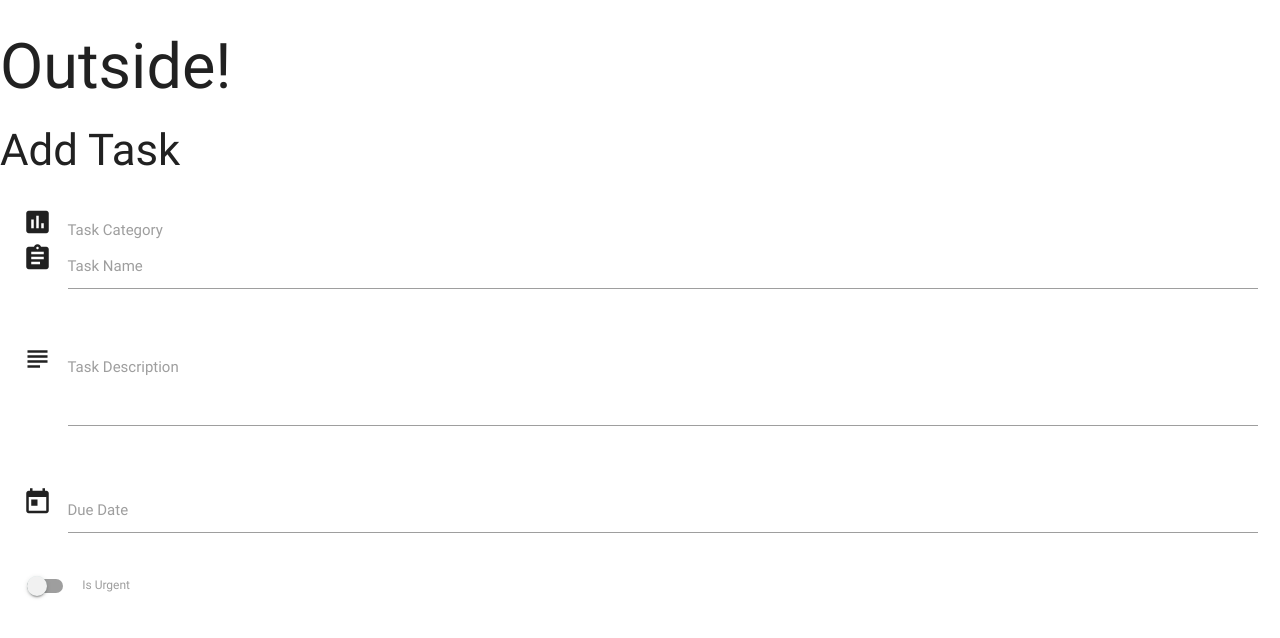
Repository: cesole/task_manager
Page: http://localhost/add_task
The author's editor kept a record of every edit. The page is drawn from the files as they stood at one moment, then again after the next edit.
The browser window is 1280 px wide. The pictures show the whole page.
Some web libraries are served in a nearby version. The page is served by the project's application, run on Flask 3 (app.py). Queries for data that is not in the repository find no rows.

Above is the page before.

After the next edit:
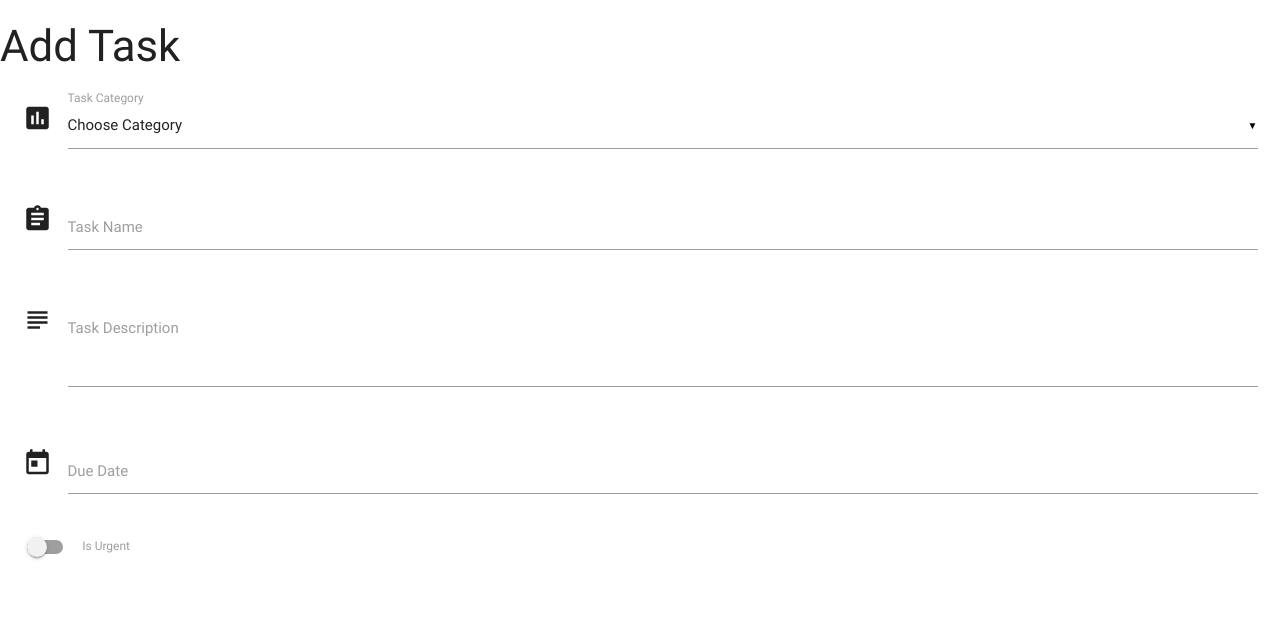
The edit:
--- a/templates/base.html
+++ b/templates/base.html
@@ -1,16 +1,31 @@
 <!DOCTYPE html>
-<html lang="en">
+<html>
+
 <head>
-    <meta charset="UTF-8">
-    <meta name="viewport" content="width=device-width, initial-scale=1.0">
-    <meta http-equiv="X-UA-Compatible" content="ie=edge">
     <link href="https://fonts.googleapis.com/icon?family=Material+Icons" rel="stylesheet">
-    <link rel="stylesheet"  href="https://cdnjs.cloudflare.com/ajax/libs/materialize/0.100.2/css/materialize.min.css">
-    <title>Document</title>
+    <link rel="stylesheet" href="https://cdnjs.cloudflare.com/ajax/libs/materialize/0.100.2/css/materialize.min.css">
 </head>
+
 <body>
-      <h1>Outside!</h1>
-        {% block content %}
-        {% endblock %}
+    {% block content %} {% endblock %}
+
+    <script src="https://cdnjs.cloudflare.com/ajax/libs/jquery/3.2.1/jquery.min.js"></script>
+    <script src="https://cdnjs.cloudflare.com/ajax/libs/materialize/0.100.2/js/materialize.min.js"></script>
+    <script type="text/javascript">
+        $(document).ready(function() {
+            $('.collapsible').collapsible();
+            $('select').material_select();
+        });
+
+        $('.datepicker').pickadate({
+            selectMonths: true, // Creates a dropdown to control month
+            selectYears: 15, // Creates a dropdown of 15 years to control year,
+            today: 'Today',
+            clear: 'Clear',
+            close: 'Ok',
+            closeOnSelect: false // Close upon selecting a date,
+        });
+    </script>
 </body>
+
 </html>
